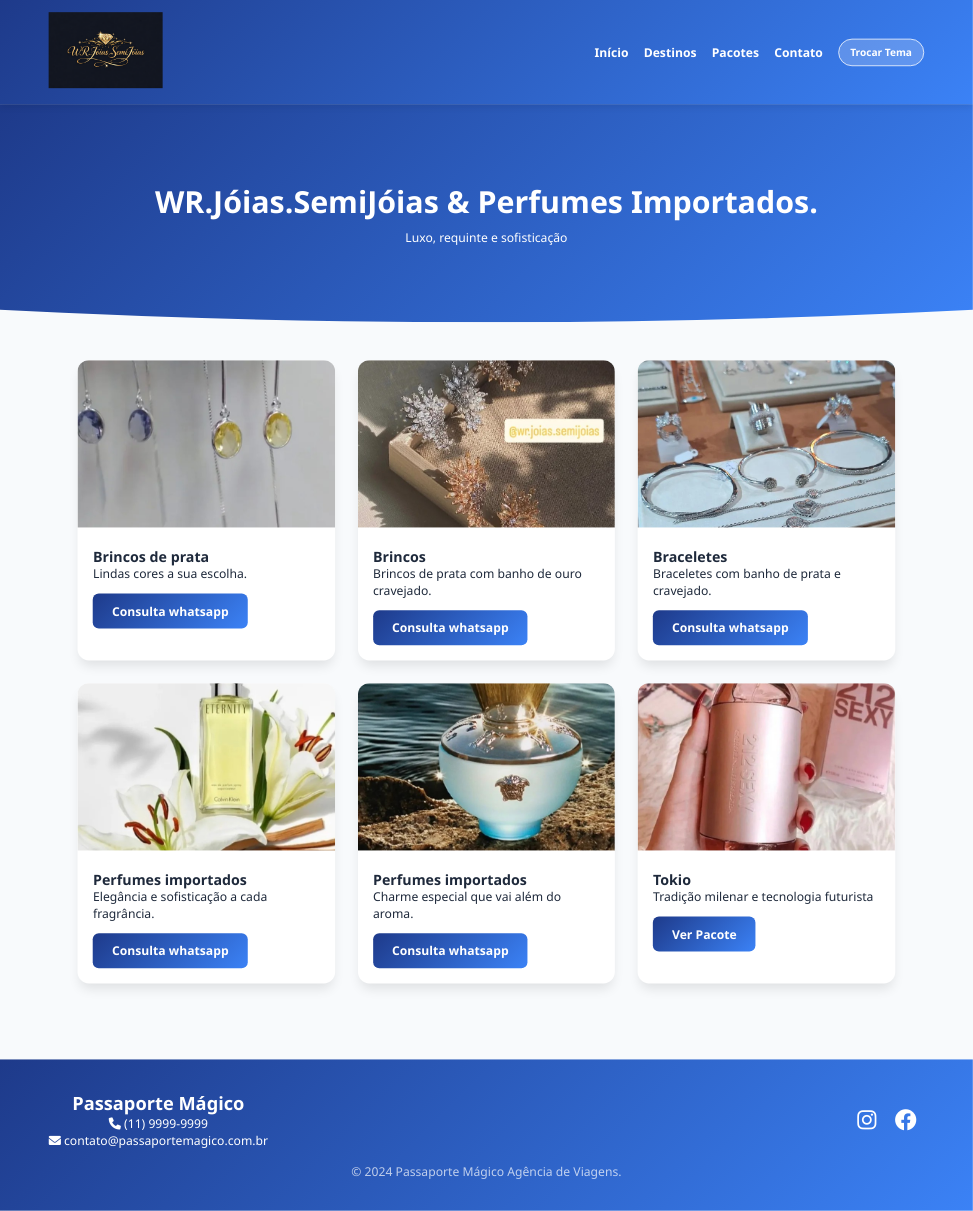
Repository: Sandro1969-tech/joias-perfumes
Page: index.html
The author's editor kept a copy of each file at every save. The page is drawn from the files as they stood at one save, then again after the next save.
The browser window is 1280 px wide. The pictures show the whole page, at 76% of full size.

Above is the page before, as saved 2026-01-28 15:26:41.

After the next save:
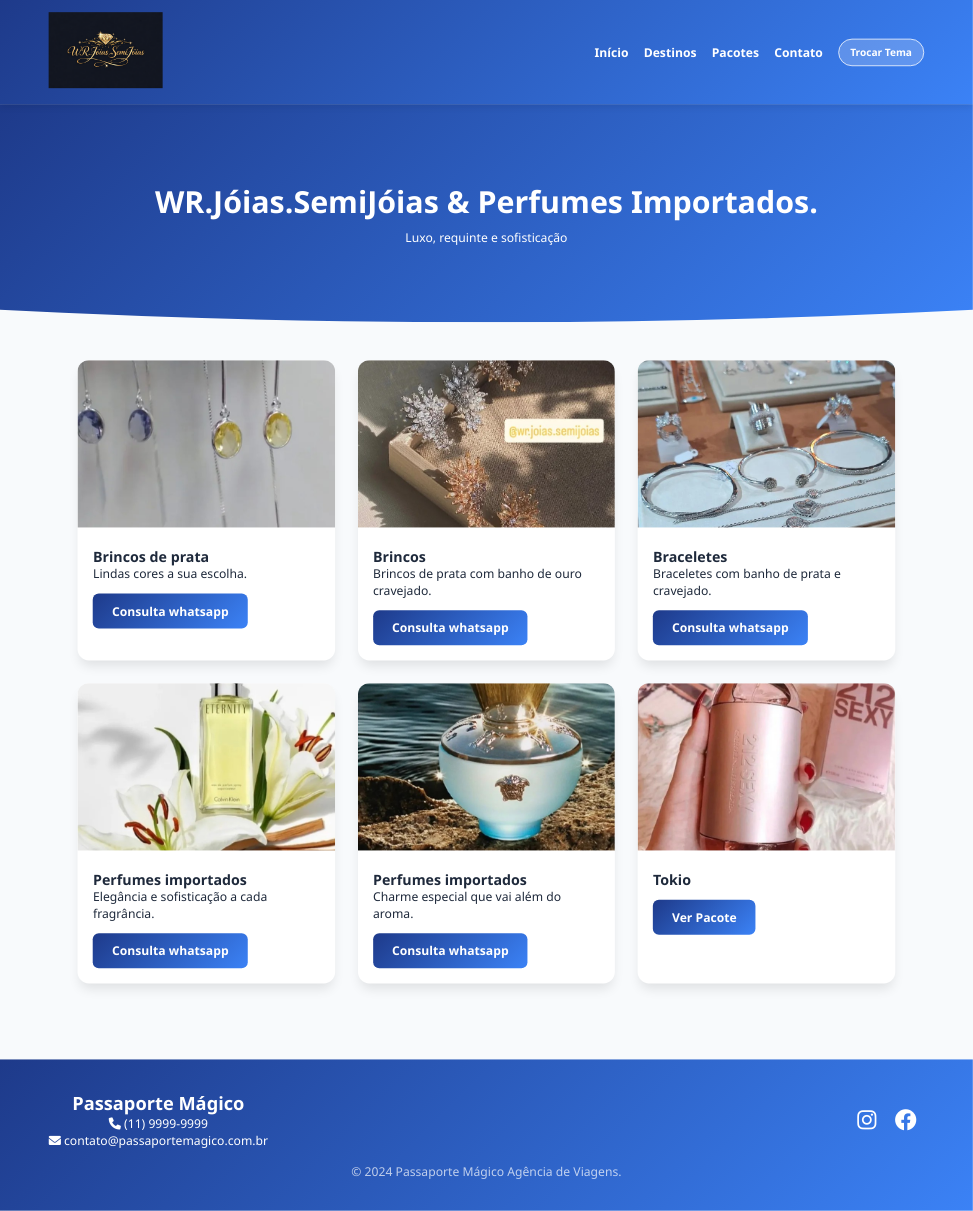
Saved 11 s later.
--- a/index.html
+++ b/index.html
@@ -220,7 +220,7 @@
             <img src="assets/image/sexy.png" alt="Perfume">
             <div class="card-content">
                 <h3>Tokio</h3>
-                <p>Tradição milenar e tecnologia futurista</p>
+                <p></p>
                 <a href="#" class="btn-reserva">Ver Pacote</a>
             </div>
         </div>
